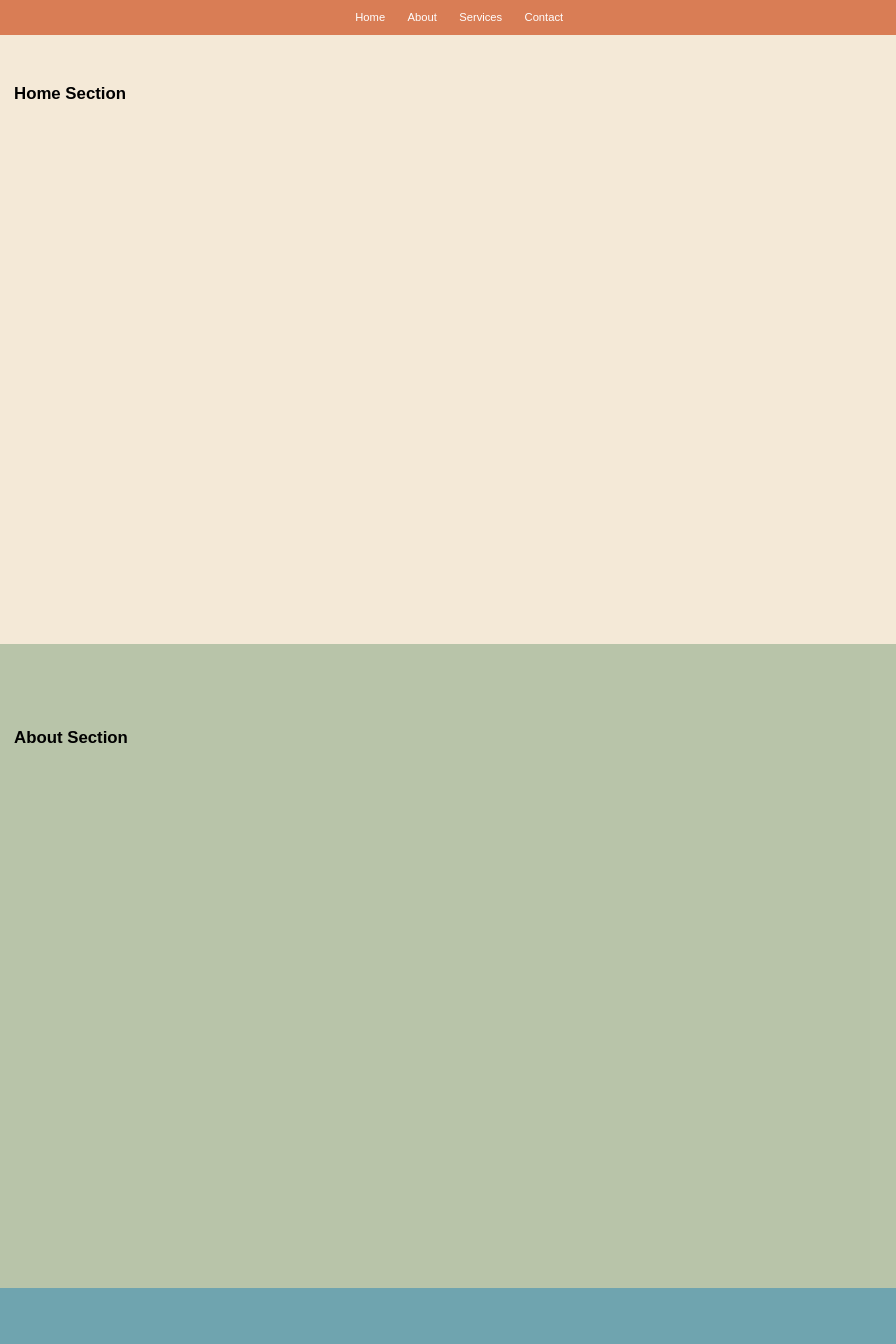
Repository: danichimescu/tema_unu_
Page: index.html
An editor plug-in stored every save of this project. The page is shown before and after the next save, followed by the edit.
The browser window is 1280 px wide. The pictures show the part of the page from y = 0 to 1920 px (the page is 3680 px tall before and 2840 px after), at 70% of full size.

Above is the page before, as saved 2025-10-06 01:41:35.

### index.html
<!DOCTYPE html>
<html lang="en">
<head>
  <meta charset="UTF-8">
  <meta name="viewport" content="width=device-width, initial-scale=1.0">
  <title>Document</title>
</head>
<body>

</body>
</html>

<!DOCTYPE html>
<html lang="en">
<head>
  <meta charset="UTF-8" />
  <meta name="viewport" content="width=device-width, initial-scale=1.0" />
  <title>Sovis Print</title>
  <script src="main.js" defer></script>
  <link rel="stylesheet" href="style.css" />
</head>

<body>

  <nav>
    <a href="#home">Home</a>
    <a href="#about">About</a>
    <a href="#services">Services</a>
    <a href="#contact">Contact</a>
  </nav>

  <section id="home">
    <h1>Home Section</h1>
  </section>
  <section id="about">
    <h1>About Section</h1>
  </section>
  <section id="services">
    <h1>Services Section</h1>
  </section>
  <section id="contact">
    <h1>Contact Section</h1>
  </section>

</body>

</html>

### style.css
/* ce e html? */
/* https://www.w3schools.com/cssref/pr_scroll-behavior.php#:~:text=This%20is%20default-,smooth,property%20to%20its%20default%20value. */

html {
    scroll-behavior: smooth;
}

body {
    font-family: sans-serif;
    margin: 0;
}

nav {
    position: fixed;
    top: 0;
    width: 100%;
    background: #D97D55;
    padding: 1rem;
    display: flex;
    justify-content: center;
    gap: 2rem;
}

nav a {
    color: white;
    text-decoration: none;
}

section {
    padding: 100px 20px;
    /* margin-top: 60px; */
    height: 100vh;
}

#home {
    background: #F4E9D7;
}

#about {
    background: #B8C4A9;
}

#services {
    background: #6FA4AF;
}

#contact {
    background: #B18C6C;
}

Loaded but not shown: main.js (no stored copy; drawn as an empty file)

After the next save:
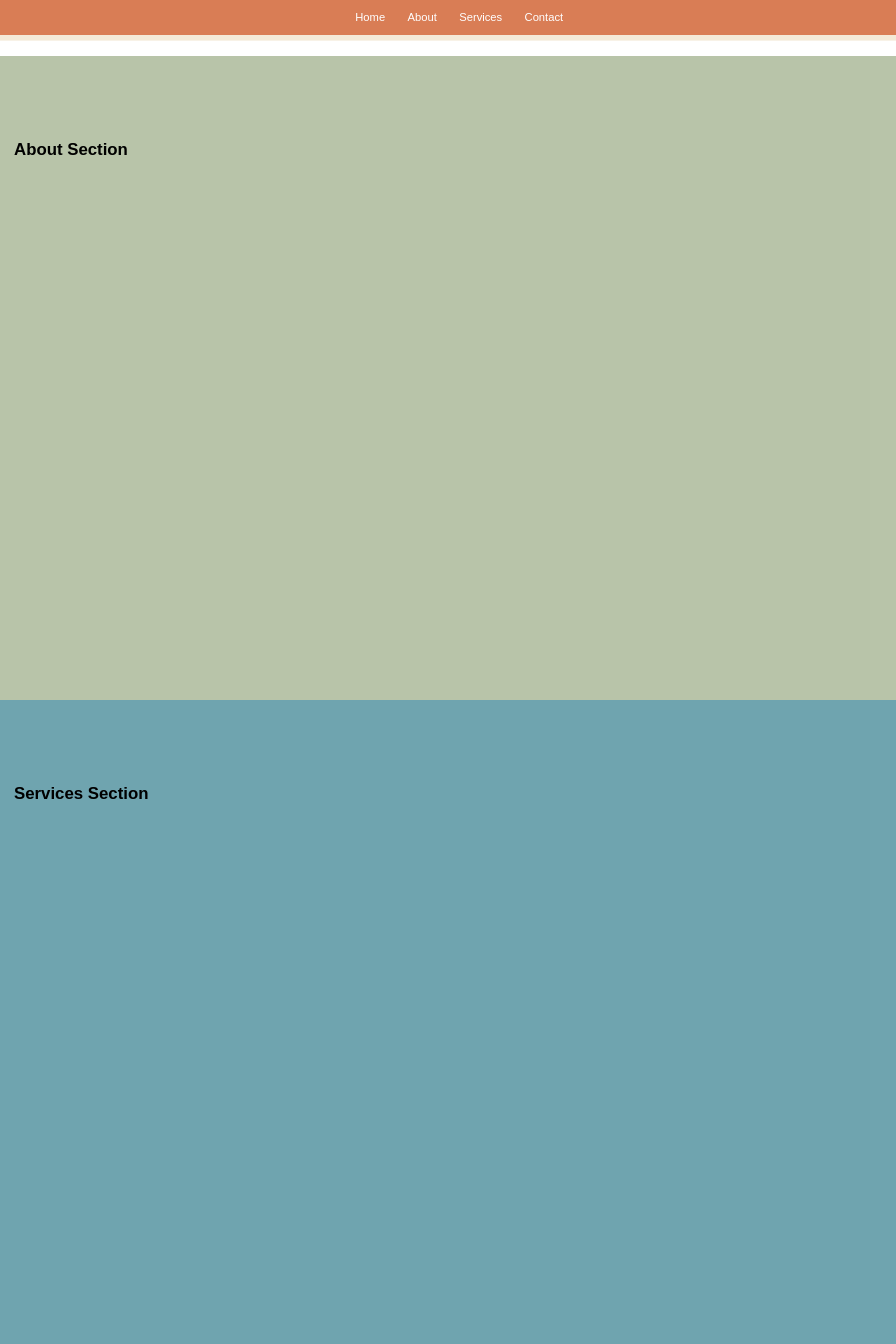
Saved 6 min 17 s later.
--- a/index.html
+++ b/index.html
@@ -29,9 +29,9 @@
     <a href="#contact">Contact</a>
   </nav>
 
-  <section id="home">
+  <div id="home">
     <h1>Home Section</h1>
-  </section>
+  </div>
   <section id="about">
     <h1>About Section</h1>
   </section>
